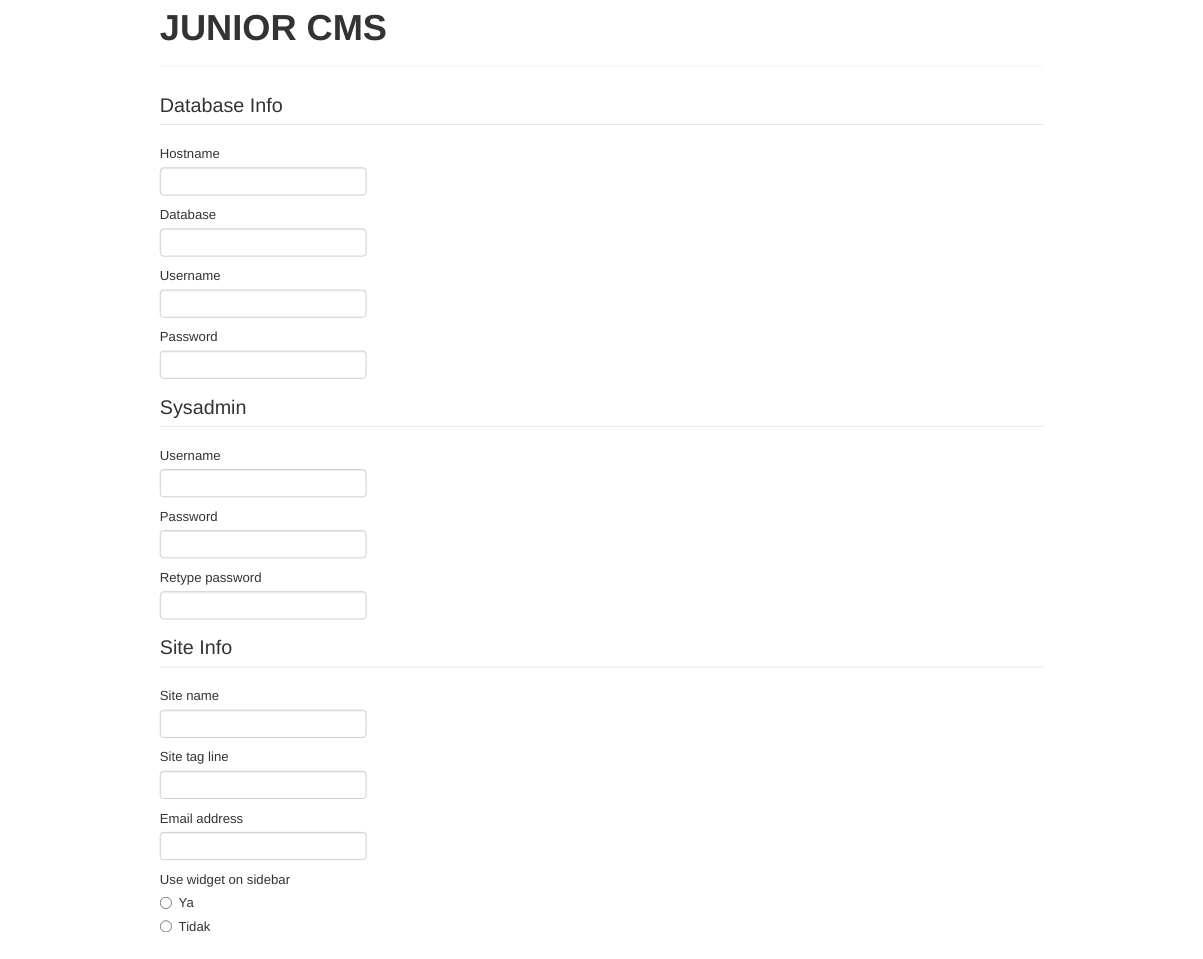
Repository: atangsutisna/juniorcms
Page: http://localhost/install/template.php
The author's editor kept a record of every edit. The page is drawn from the files as they stood at one moment, then again after the next edit.
The browser window is 1280 px wide. The pictures show the whole page, at 94% of full size.
The page is run by PHP 8.4 with error messages shown; the project is at /var/www/html/.

Above is the page before.

### install/template.php
<!DOCTYPE html>
<html>
    <head>
        <title>JrCMS installer</title>
        <link rel="stylesheet" href="css/bootstrap.min.css" type="text/css" />
    </head>
    <body>
    <div class="container">
        <h1>JUNIOR CMS </h1><hr/>

        <form>
        <fieldset>
            <legend>Database Info</legend>
                <label>Hostname</label>
                <input type="text" name="hostname">
                <label>Database</label>
                <input type="text" name="database">
                <label>Username</label>
                <input type="text" name="username">
                <label>Password</label>
                <input type="text" name="password">
        </fieldset>
        <fieldset>
            <legend>Sysadmin</legend>
                <label>Username</label>
                <input type="text" name="hostname">
                <label>Password</label>
                <input type="password" name="database">
                <label>Retype password</label>
                <input type="password" name="username">
        </fieldset>
        <fieldset>
            <legend>Site Info</legend>
                <label>Site name</label>
                <input type="text" name="sitename">
                <label>Site tag line</label>
                <input type="text" name="site_tag_line">
                <label>Email address</label>
                <input type="text" name="email">
                <label>Use widget on sidebar </label>
                <label class="radio">
                    <input type="radio" name="widget_use" value="True"/>
                    Ya
                </label>
                <label class="radio">
                    <input type="radio" name="widget_use" value="False"/>
                    Tidak
                </label>
        </fieldset>
        </form>
    </div>
    </body>
</html>

Loaded but not shown: install/css/bootstrap.min.css (library)

After the next edit:
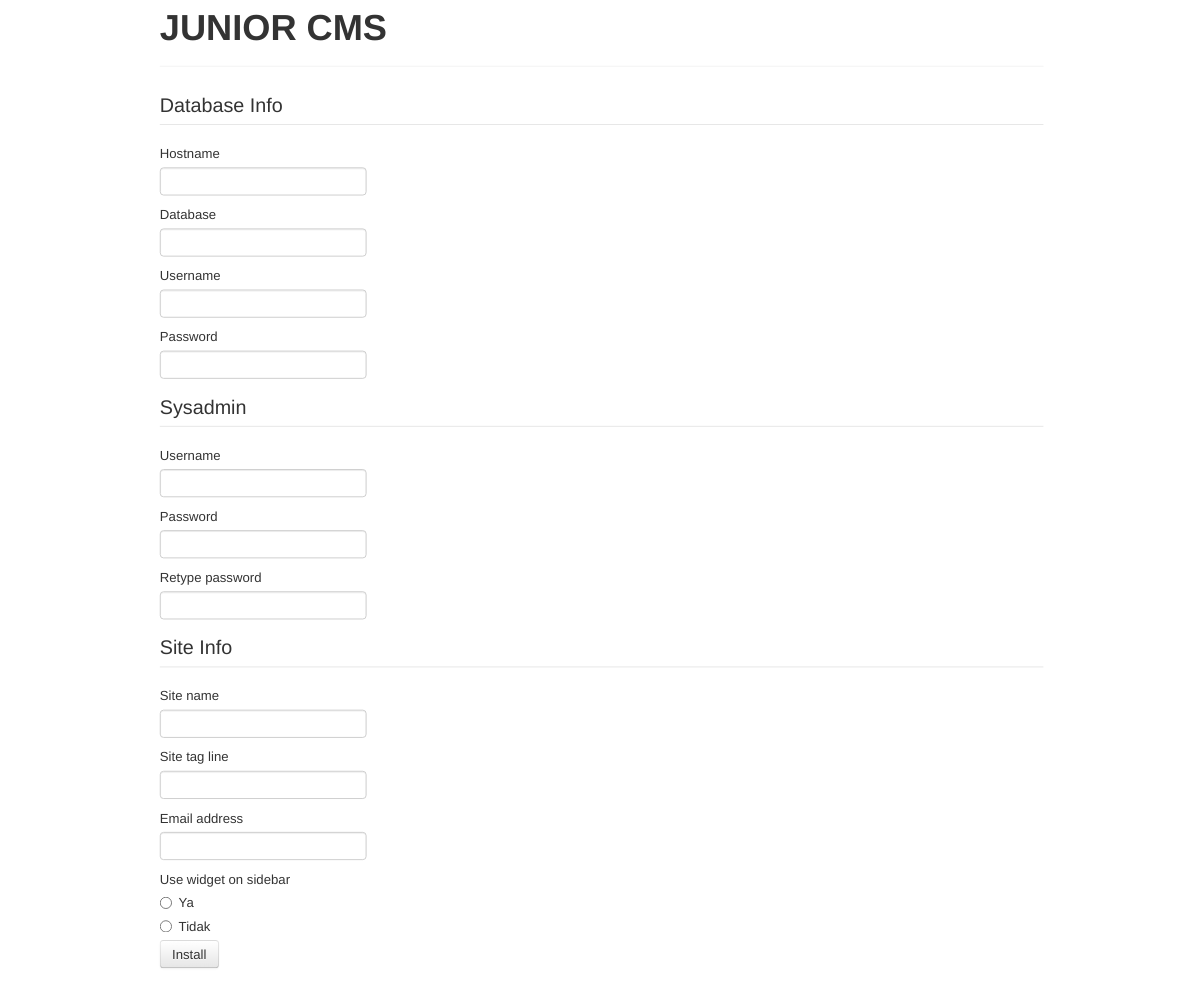
The edit:
--- a/install/template.php
+++ b/install/template.php
@@ -47,6 +47,7 @@
                     Tidak
                 </label>
         </fieldset>
+        <button type="submit" class="btn">Install</button>
         </form>
     </div>
     </body>
